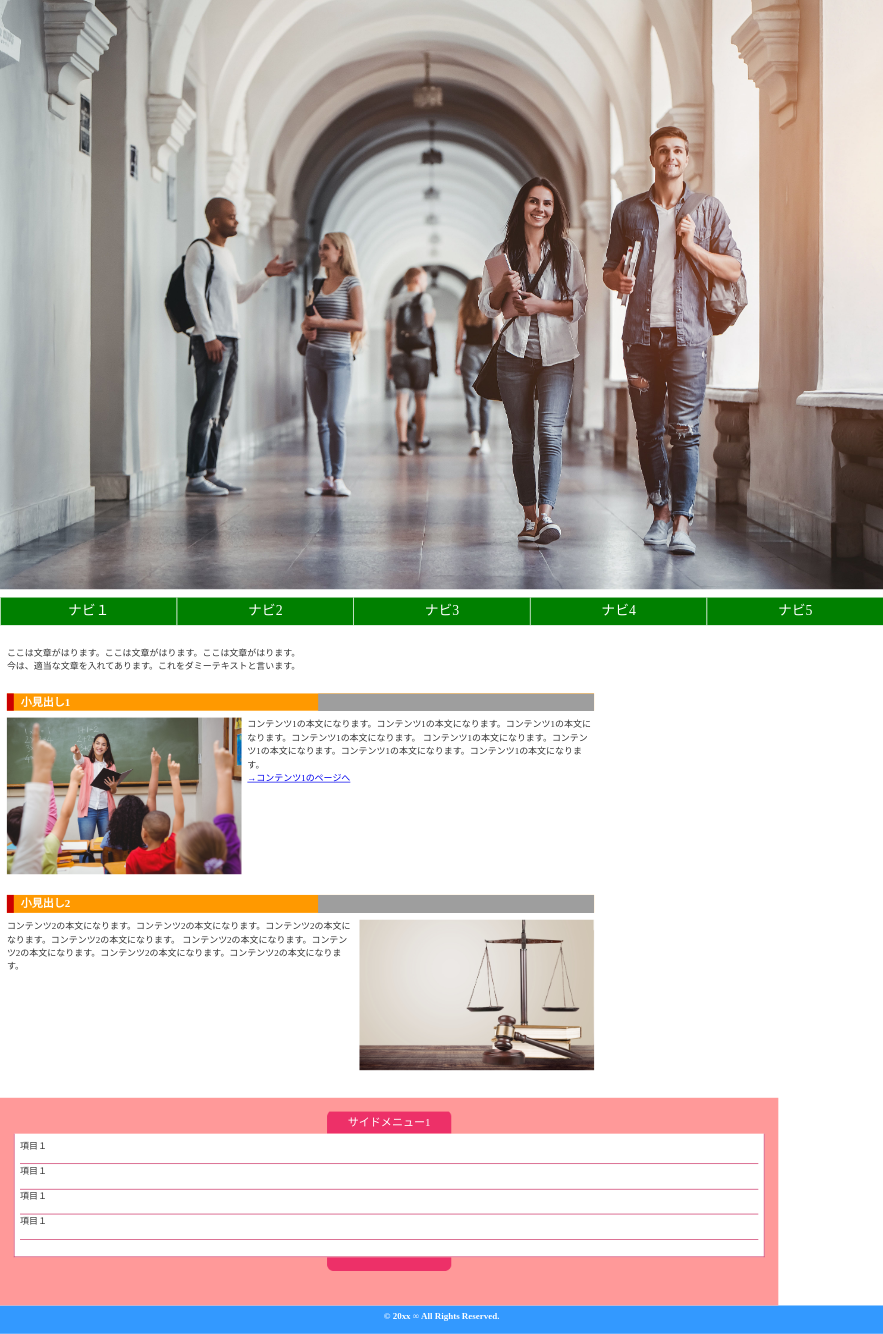
Repository: sakusyou69/homepage
Page: index.html
The author's editor kept a record of every edit. The page is drawn from the files as they stood at one moment, then again after the next edit.
The browser window is 1280 px wide. The pictures show the whole page, at 69% of full size.
Pictures or frames that could not be fetched are drawn as grey boxes.

Above is the page before.

### index.html
<!DOCTYPE html>
<html lang="ja">
<head>
    <meta charset="UTF-8">
    <title>HTML/CSSの学習</title>
    <link rel="stylesheet" href="stylesheet.css">
</head>
<body>
  <div id="header">
      <h1><a href="index.html"><img id="corridor" src="corridor.jpg" alt="大学の廊下"/></a></h1>
  </div>
  <div id="wrapper">
    <div id="nav">
         <ul>
           <li><a href="home.html">ナビ１</a></li>
           <li><a href="#">ナビ2</a></li>
           <li><a href="#">ナビ3</a></li>
           <li><a href="#">ナビ4</a></li>
           <li><a href="#">ナビ5</a></li>
         </ul>
    </div>
    <div id="container">
       <div id="main">
          <div class="post">
               <p>ここは文章がはります。ここは文章がはります。ここは文章がはります。<br />今は、適当な文章を入れてあります。これをダミーテキストと言います。</p>
          </div>
          <div class="post clearfix">
            <h2>小見出し1</h2>
            <img class="left" src="classroom.jpg" alt="授業風景"/>
            <p>
              コンテンツ1の本文になります。コンテンツ1の本文になります。コンテンツ1の本文になります。コンテンツ1の本文になります。
              コンテンツ1の本文になります。コンテンツ1の本文になります。コンテンツ1の本文になります。コンテンツ1の本文になります。
            </p>
            <P><a href="#">→コンテンツ1のページへ</a></P>
          </div>
          <div class="post clearfix">
            <h2>小見出し2</h2>
            <img class="right" src="scale.jpg" alt="天秤"/>
            <p>
              コンテンツ2の本文になります。コンテンツ2の本文になります。コンテンツ2の本文になります。コンテンツ2の本文になります。
              コンテンツ2の本文になります。コンテンツ2の本文になります。コンテンツ2の本文になります。コンテンツ2の本文になります。
            </p>
          </div>
       </div>
    </div>
    <div id="side">
      <div class="box">
        <h2>サイドメニュー1</h2>
        <div class="boxBody">
          <ul>
            <li>項目１</li>
            <li>項目１</li>
            <li>項目１</li>
            <li>項目１</li>
          </ul>
        </div>
      </div>
    </div>
  </div>
  <div id="footer">
      <p>&copy; 20xx ∞ All Rights Reserved.</p>
  </div>
</body>
</html>

### stylesheet.css
@charset "utf-8";
body{
    margin:0;
    padding:0;
    font-family:"ヒラギノ角ゴ Pro w3","Hiragino kaku Gothic Pro","メイリオ",Meiryo,osaka,"MS Pゴシック","MS PGothic",sana-serif;
    color: #333;
    font-size:13px;
    line-height:150%;
}
/*--------------------wrapper--------------------*/
#wrapper {
    width:100%;
    margin:auto;
    padding:0px;
    border:0px;
    background-color:#FFF;
    top:10px;
    position:relative;
}

/*----------------------------header-----------------------------*/
#header {
    width:100%;
}
#header h1 {
    margin:0;
    padding:0;
}
#corridor {
    width:100%;
    height:auto;
}

/*-------------------------footer-----------------*/
#footer {
     clear:both;
     width:100%;
     padding: 3px 0 3px 0;
     background:#39F;
     color:#FFF;
     font-weight:bold;
     text-align:center;
}
/*--------------------------nav--------------------*/
#nav {
    width:100%;
}
#nav ul {
    display: flex;
    margin:0;
    padding:0;
    list-style-type:none;
}
#nav ul li {
    width:20%;
    text-align: center;
}
#nav ul li a {
    display:block;
    height: 20px;
    margin:0;
    padding:10px;
    color:#FFF;
    font-size:20px;
    text-decoration:none;
    background-color:green;
    border-left:1px solid white;
}

#nav ul li a:hover {
    filter: drop-shadow(10px 10px 10px black);
}

/*-----------------------container-----------------*/
#container {
    width:100%;
    margin: auto;
    padding:auto;
    padding-top: 20px;
    clear: both;
    display: grid;
    grid-template-columns: 70vw 30vw;
}
/*------------------------main---------------------*/
#main {
    width:95%;
    padding: 10px 30px 10px 10px;
}
#main h2 {
    margin:0 0 10px 0;
    padding: 3px 10px 3px 10px;
    color: #FFF;
    font-size:16px;
    border-left: solid 10px #C00;
    background: #F90 url(.../main_h2.jpg) right top repeat-y;
}
#main p {
    margin:0;
    padding:0;
}
#main .post {
    margin: 0 0 30px 0;
}
#main .post img.right {
    margin: 0 0 0 8px;
}
#main .post img.left {
    margin: 0 8px 0 0;
}

.right {
    float: right;
    width: 40%;
    height: auto;
}

.left {
    float: left;
    width: 40%;
    height: auto;
}

/*----------------------clearfix----------------------*/
.clearfix {
    zoom:1;
}
.clearfix:after{
    content:"";
    display:block;
    clear:both;
}

/*--------------------------side--------------------*/
#side {
    width:85%;
    padding:20px;
    background-color:#F99;
}
#side .box {
    margin:0 auto 30px auto;
    padding:0 0 20px 0;
    background: url(side_box.png) bottom no-repeat;
}
#side .box h2 {
    margin:0;
    padding:8px;
    text-align:center;
    color: #fff;
    font-size:16px;
    line-height: 16px;
    font-weight: normal;
    background:url(side_box_h2.png)center no-repeat;
}
#side .box .boxBody {
    padding:8px;
    border-right: solid 1px #C36;
    border-bottom: solid 1px #C36;
    border-left: solid 1px #C36;
    background: #fff;
}
#side .box .boxBody ul {
    margin: 0 0 16px 0;
    padding:0;
}
#side .box .boxBody ul li {
    padding:0 0 16px 0;
    list-style:none;
    border-bottom: solid 1px #C36;
}

#side .box .boxBody ul li:hover {
    padding: 8px 0 8px 4px;
    list-style: none;
    border-bottom: solid 1px #C36;
    box-shadow: 0 4px 4px rgba(0,0,0,0.3);
}

After the next edit:
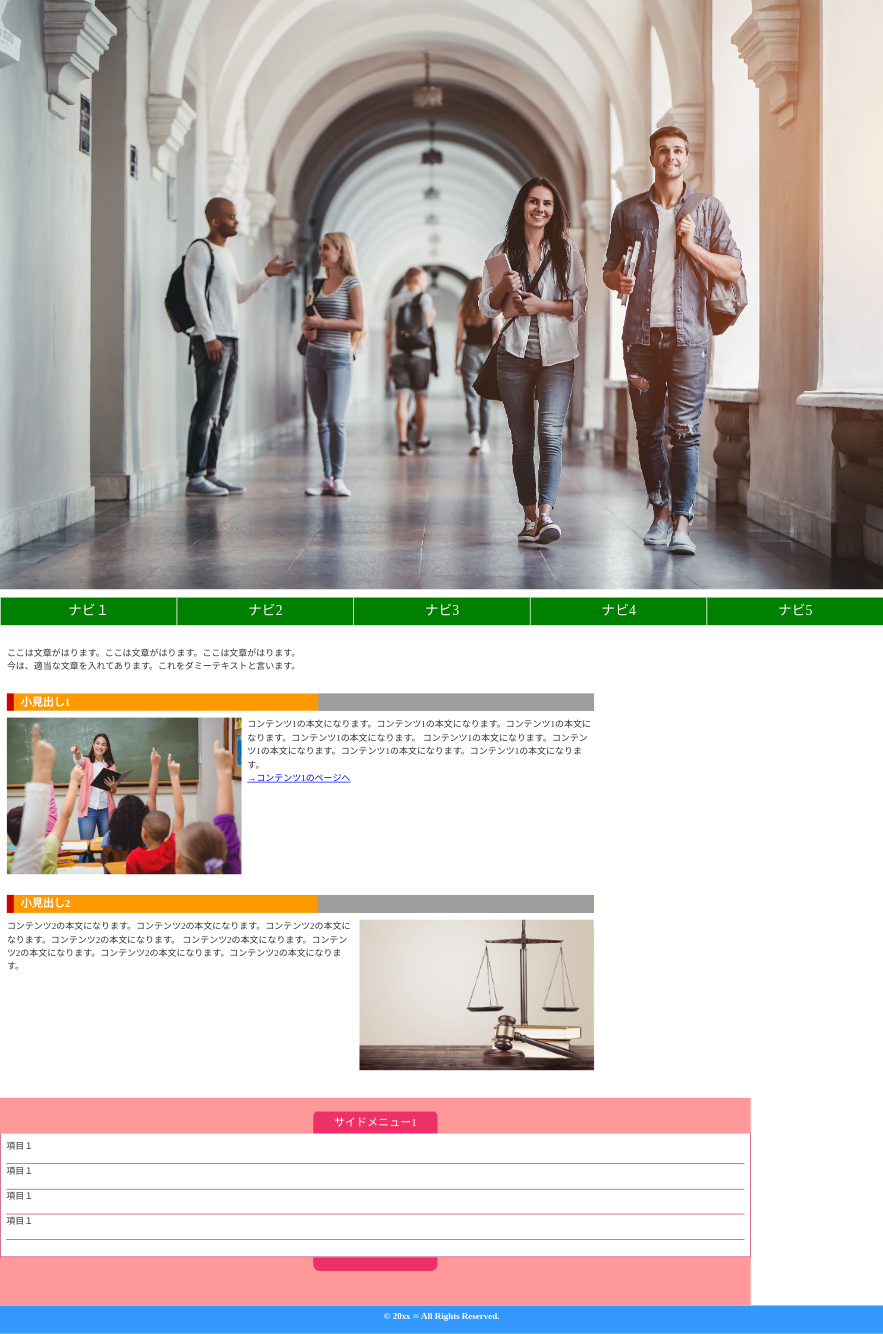
The edit:
--- a/stylesheet.css
+++ b/stylesheet.css
@@ -133,7 +133,7 @@
 /*--------------------------side--------------------*/
 #side {
     width:85%;
-    padding:20px;
+    padding:20px 0;
     background-color:#F99;
 }
 #side .box {
